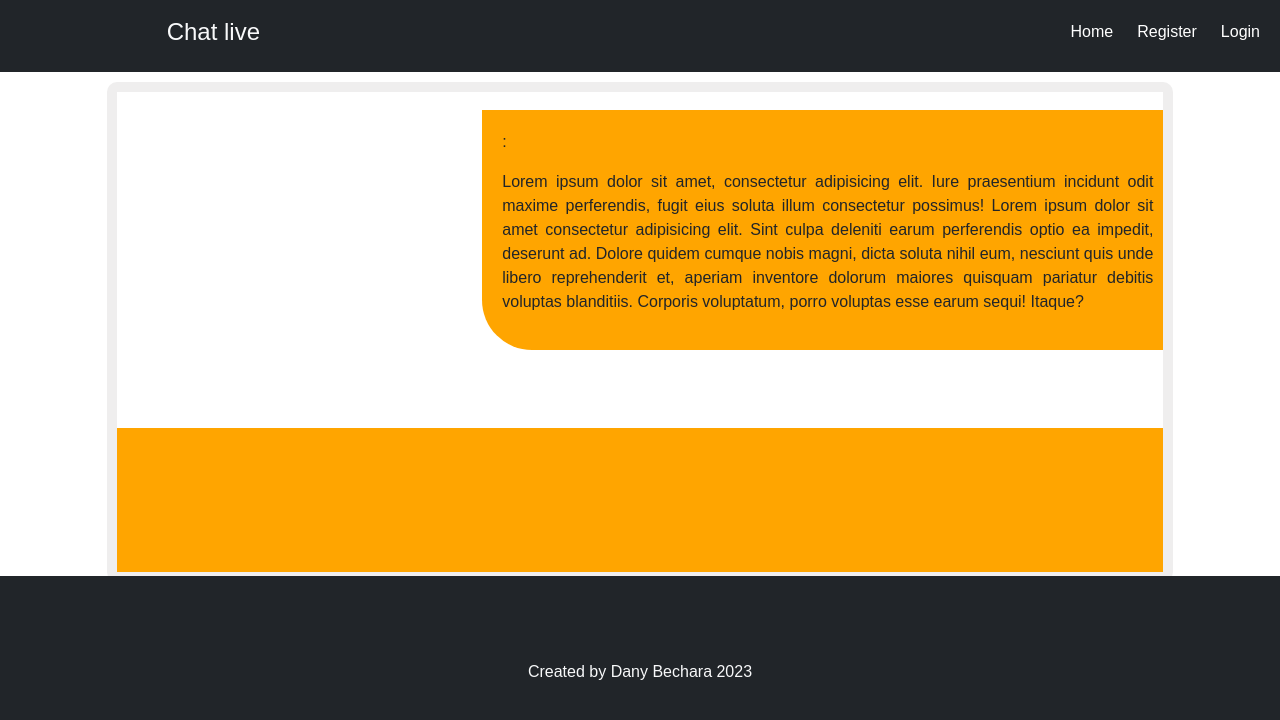
Repository: bechara611/chatv2
Page: /chat
An editor plug-in stored every save of this project. The page is shown before and after the next save, followed by the edit.
The browser window is 1280 px wide. The pictures show the whole page.
The page's requests for data from a server got no answer. The project was rebuilt for these pictures with package versions that can differ from the ones it lists, and the page was loaded fresh each time. Some packages were replaced by stand-ins written for this rebuild. No one was signed in, and anything a server would have sent is missing. Also part of the build but not shown: src/hooks/useForm.jsx, src/api/Instance.jsx, src/auth/hooks/useAuth.jsx, src/auth/components/login.jsx, src/auth/components/register.jsx, src/ui/components/Home.jsx, src/App.css.

Above is the page before, as saved 2023-03-15 17:32:56.

After the next save:
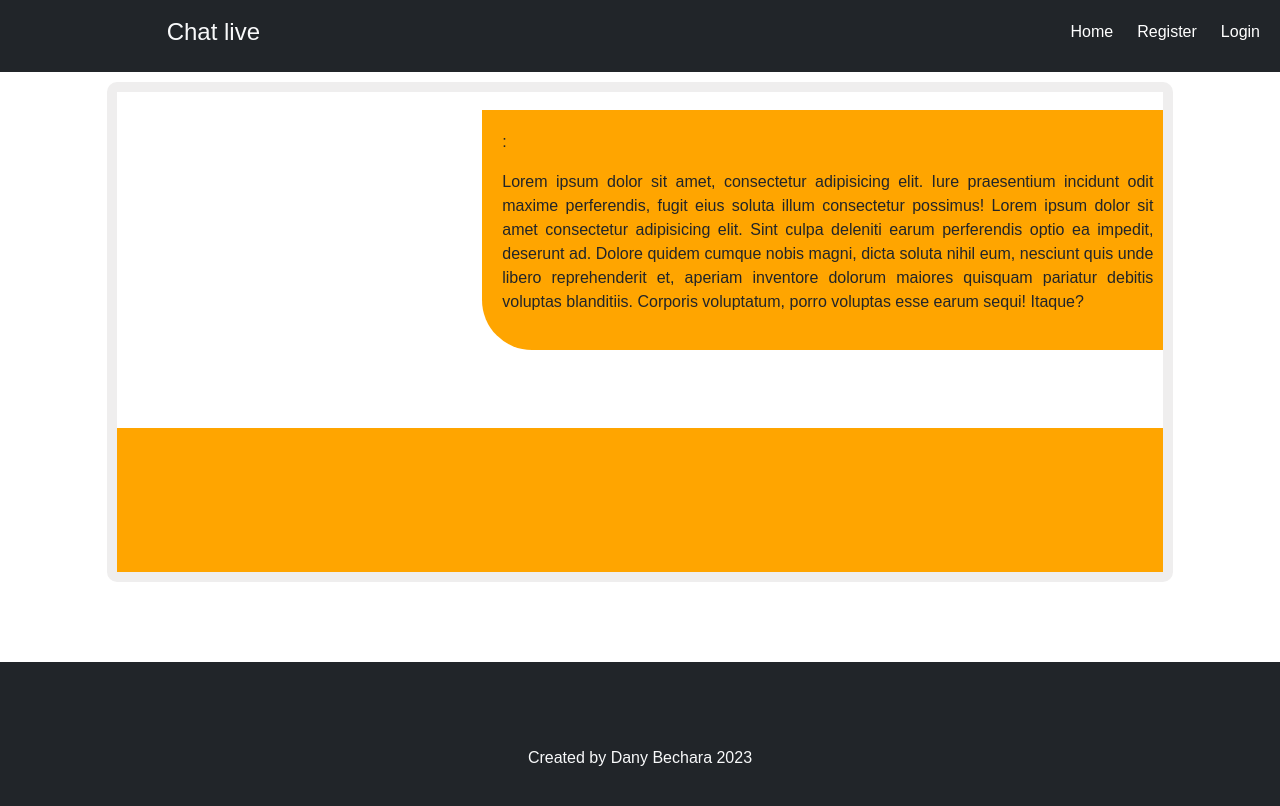
Saved 13 s later.
--- a/src/chat/components/chat.css
+++ b/src/chat/components/chat.css
@@ -4,7 +4,7 @@
     height: 300px;
     overflow: scroll;
     margin-top: 1000px;
-    margin-bottom: 100px;
+
 }
 
 .chat2 {
@@ -16,6 +16,7 @@
     margin-bottom: 10px;
     justify-content: center;
     display: flex;
+    margin-bottom: 100px;
 }
 
 .hijoChat {
